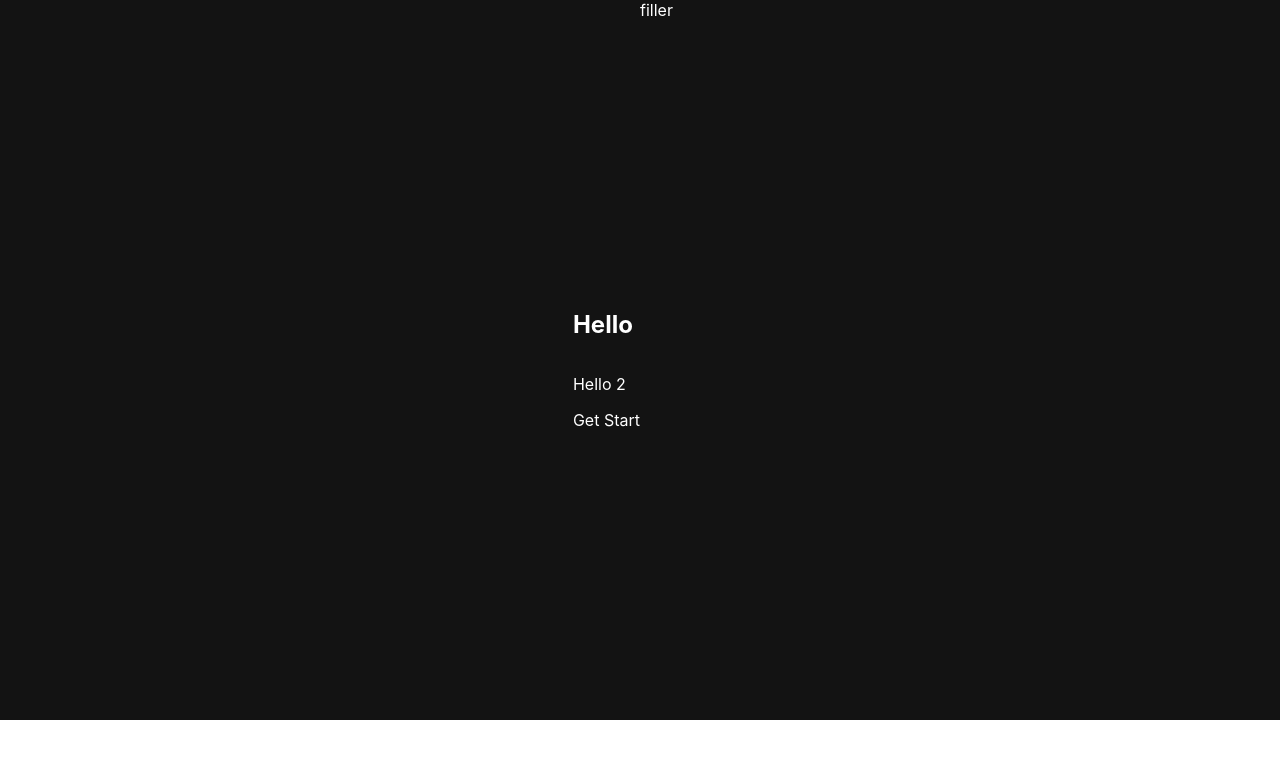
Repository: KamalEssam/react-framer
Page: /
The author's editor kept a copy of each file at every save. The page is drawn from the files as they stood at one save, then again after a run of saves.
The browser window is 1280 px wide. The pictures show the whole page.
The project was rebuilt for these pictures with package versions that can differ from the ones it lists, and the page was loaded fresh each time.

Above is the page before, as saved 2021-12-25 22:45:24.

### src/App.js
import './App.css';
import Hero from './Components/Hero'
function App() {
  return (
    <div className="App">
      <Hero />
    </div>
  );
}

export default App;

### src/Components/Hero.js
import React from 'react'
import { motion } from 'framer-motion';
import styled from 'styled-components';

const Section = styled.section`
  height: 100vh;
  display: flex;
  justify-content: center;
  align-items: center;
  background: #131313;
`;

const Container = styled.div`
  display: grid;
  grid-template-columns: 1fr 1fr;
  height: 100vh;
  padding: 3rem calc((100vw - 1300px) / 2);
  @media screen and (max-width: 768px) {
    grid-grid-template-columns: 1fr;
  }
`;
const ColumnLeft = styled.div`
  color  : #fff ;
  display : flex ;
  flex-direction: column ;
  justify-content: center;
  align-items: flex-Start;
`;
const ColumnRight = styled.div`
  color  : #fff ;
  display : flex
`;

const Button = styled.div`
  color  : #fff ;
  display : flex
`;



function Hero() {
    return (
        <Section >
            <Container>
                <ColumnLeft>
                    <h1> Hello </h1>
                    <p> Hello 2</p>
                    <Button> Get Start</Button>
                </ColumnLeft>
                <ColumnRight>
                    filler
                </ColumnRight>
            </Container>
        </Section>
    )
}

export default Hero

Loaded but not shown: public/index.html (common file); src/index.js (common file); src/index.css (common file); src/App.css (common file)

After the next 9 saves:
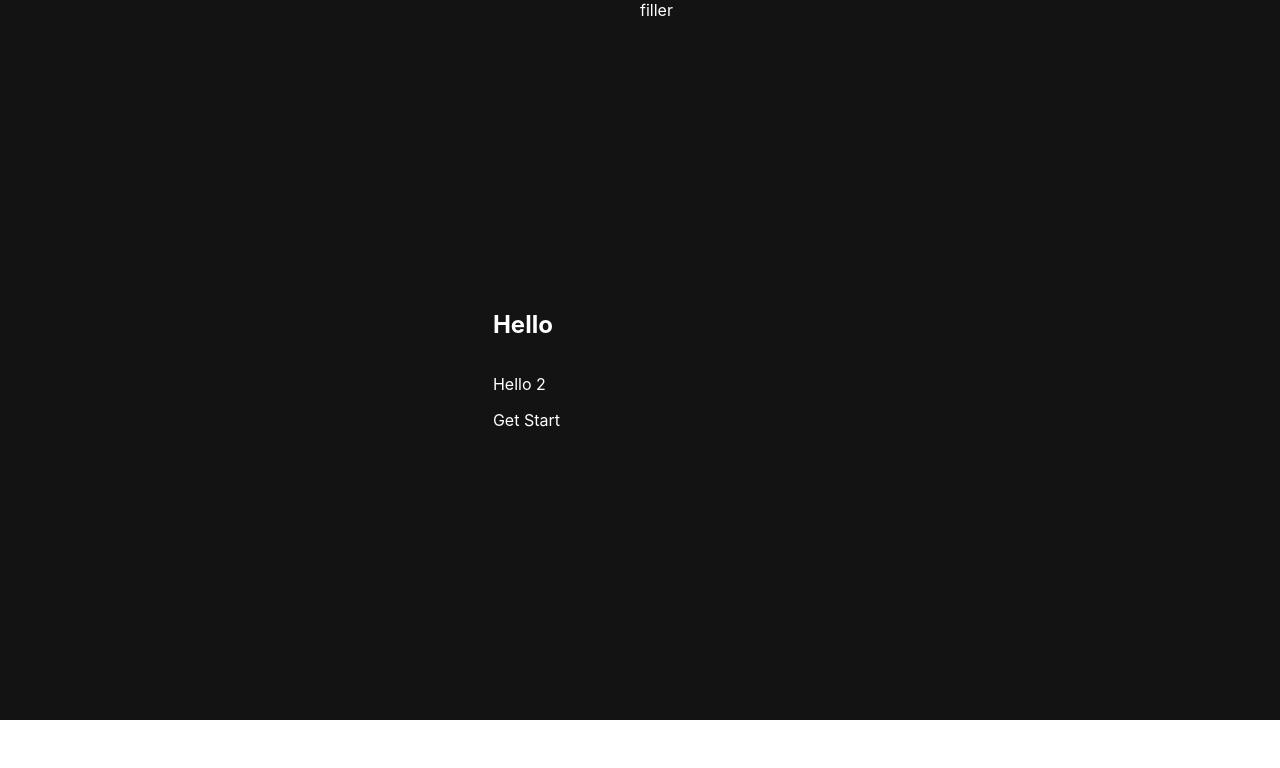
The 9 saves are shown as one change because they came seconds apart.
The last was saved 21 s later.
--- a/src/Components/Hero.js
+++ b/src/Components/Hero.js
@@ -25,6 +25,7 @@ const ColumnLeft = styled.div`
   flex-direction: column ;
   justify-content: center;
   align-items: flex-Start;
+  padding: 5rem
 `;
 const ColumnRight = styled.div`
   color  : #fff ;
